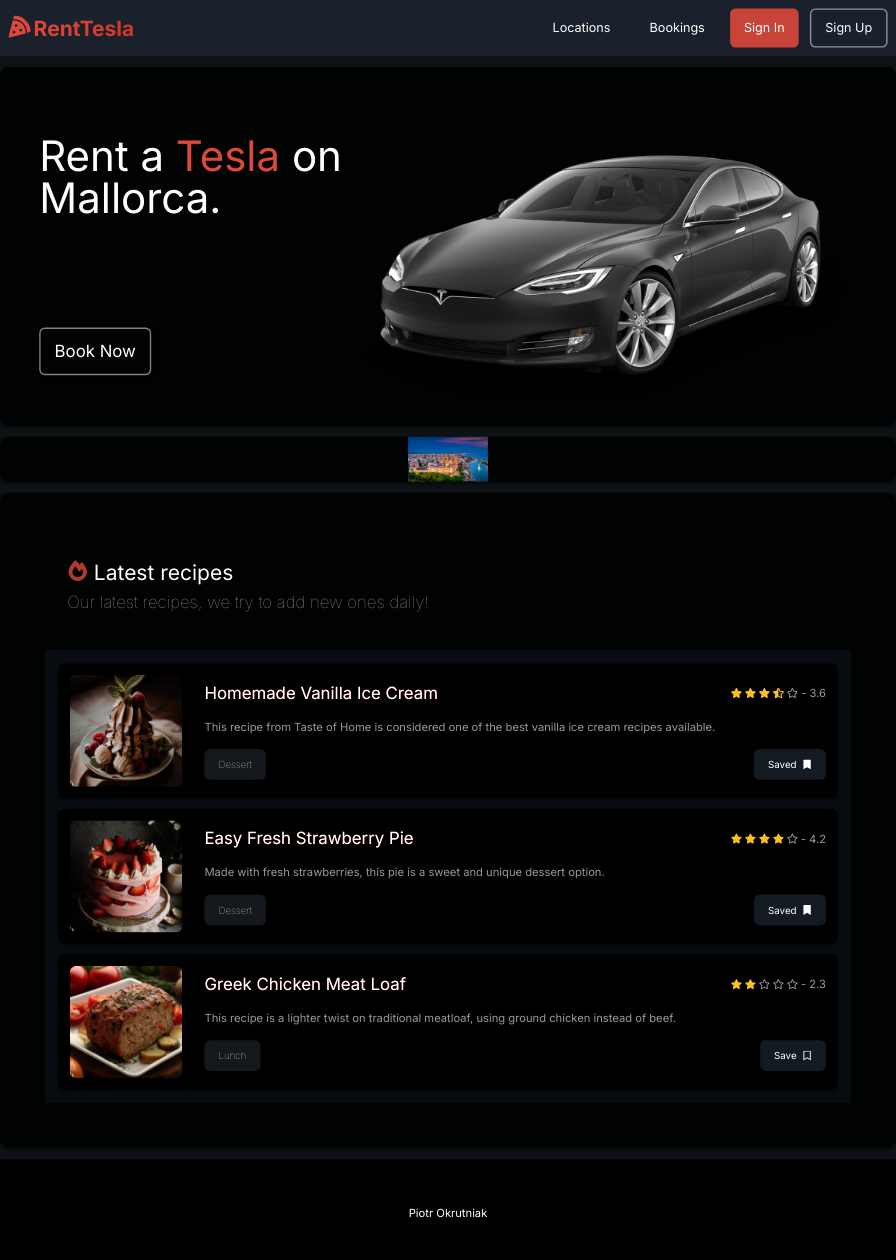
Repository: piotrokrutniak/RentallApp.UI
Page: /
The author's editor kept a copy of each file at every save. The page is drawn from the files as they stood at one save, then again after the next save.
The browser window is 1280 px wide. The pictures show the whole page, at 70% of full size.
The project was rebuilt for these pictures with package versions that can differ from the ones it lists, and the page was loaded fresh each time. The framework's server and built-in components were replaced by stand-ins that run in the browser. Also part of the build but not shown: next.config.js.

Above is the page before, as saved 2023-10-05 21:08:31.

### src/app/layout.tsx
import './globals.css'
import type { Metadata } from 'next'
import { Inter } from 'next/font/google'
import NavBar from './components/navbar/navbar'
import Footbar from './components/footbar/footbar'

const inter = Inter({ subsets: ['latin'] })

export const metadata: Metadata = {
  title: 'Recipefy',
  description: 'Website with the tastiest recipes!',
}

export default function RootLayout({
  children,
}: {
  children: React.ReactNode
}) {
  return (
    <html lang="en">
      <body className={`${inter.className} bg-black`}>
        <div className="bg-slate-600/20 min-h-screen pb-4">
        <NavBar/>
        {children}
        </div>
        <Footbar/>
      </body>
    </html>
  )
}

### src/app/page.tsx
import Image, { StaticImageData } from 'next/image'
import { FaMugHot, FaCookieBite, FaHamburger, FaFireAlt, FaBookmark, FaRegBookmark } from 'react-icons/fa'
import CookingSvg from './components/svgComponents/CookingSvg'
import Rating from './components/generic/rating'
import Button from './components/generic/button'
import tesla from '../../public/media/tesla-mirrored.png'
import lunch from '../../public/media/mallorca-view.jpg'
import dessert from '../../public/media/dessert.jpg'
import strawberryCake from '../../public/media/recipes/strawberryCake.jpg'
import greekMeatLoaf from '../../public/media/recipes/greekMeatLoaf.jpg'
import vanillaIceCream from '../../public/media/recipes/vanillaIceCream.jpg'
import { useState } from 'react'
import { RecipeListing } from './components/generic/recipeListing'
import { Input } from 'postcss'
import SearchBar from './components/generic/searchBar'

export default function Home() {
  return (
    <main className="flex flex-col m-auto gap-4">
      <section id="header-section" className='max-w-7xl bg-black/90 m-auto w-full px-14 py-8 rounded-xl mt-4 shadow-md shadow-black/40'>
        <div className="sm:p-8 pb-14 flex justify-between">

        </div>
        <div className='w-full flex justify-between'>
          <div className="flex flex-col gap-10 justify-between pb-10 text-white">
          <h1 className="text-5xl md:text-6xl"> Rent a <span className="text-vermilion-400">Tesla</span> on Mallorca. </h1>
          <Button className="w-fit py-4 rounded-lg shadow-md shadow-black hover:bg-vermilion-500 bg-transparent capitalize border-white/50 hover:border-vermilion-500 border-2 text-2xl">
            Book Now
          </Button>
          </div>
          <div className="relative w-full h-96 left-0 flex gap-10 pt-3 overflow-x-auto m-auto justify-around select-none pb-10">
              <Image src={tesla} layout="fill" objectFit="contain" alt="Breakfast Photo" className="h-96 group-hover:opacity-50"/>
          </div>
        </div>
      </section>

      <section id="searchbar-section" className='max-w-7xl relative bg-black/90 px-7 m-auto w-full p-8 sm:px-16 rounded-xl shadow-md shadow-black/40 flex-col'>
        <Image src={lunch} layout="fill" objectFit="contain" alt="Breakfast Photo" className="w-full group-hover:opacity-50"/>
      </section>

      <section id="top-picks-section" className='max-w-7xl bg-black/90 m-auto w-full sm:p-8 rounded-xl shadow-md shadow-black/40 flex-col'>
        <div className="lg:p-8 pb-14 flex flex-col gap-5">
          <div className="p-8">
            <h1 className="text-3xl text-white flex gap-2 pb-2" > <FaFireAlt className="opacity-80 fill-vermilion-400"/> Latest recipes</h1>
            <p className="text-2xl font-thin text-white/60 flex gap-2" > Our latest recipes, we try to add new ones daily!</p>
          </div>
          <div className="w-full h-fit p-5 bg-slate-800/25 flex flex-col gap-4">
            <RecipeListing title="Homemade Vanilla Ice Cream"
              desc="This recipe from Taste of Home is considered one of the best vanilla ice cream recipes available."
              image={vanillaIceCream}
              rating={3.6}
              saved={true}
              tags={["Dessert"]}/>
            <RecipeListing title="Easy Fresh Strawberry Pie"
              desc="Made with fresh strawberries, this pie is a sweet and unique dessert option."
              image={strawberryCake}
              rating={4.2}
              saved={true}
              tags={["Dessert"]}/>
            <RecipeListing title="Greek Chicken Meat Loaf"
              desc="This recipe is a lighter twist on traditional meatloaf, using ground chicken instead of beef."
              image={greekMeatLoaf}
              rating={2.3}
              saved={false}
              tags={["Lunch"]}/>
          </div>
        </div>
      </section>
    </main>
  )
}

### src/app/globals.css
@tailwind base;
@tailwind components;
@tailwind utilities;

:root {}

@media (prefers-color-scheme: dark) {
  :root {}
}

body {}

### src/app/components/navbar/navbar.tsx
"use client"

import { FaPizzaSlice, FaBars } from "react-icons/fa"
import { BsX } from "react-icons/bs"
import Button from "../generic/button"
import { useState } from "react"
import Link from "next/link"


export default function NavBar(){
    const [showMobile, setShowMobile] = useState(false)

    return(
        <div className="bg-black/80 sticky top-0 z-20 backdrop-blur-xl">
            <div className="w-full flex bg-slate-700/50 ">
                <div className="p-3 m-auto w-full flex max-w-7xl justify-between items-center">
                    <Link href="/">
                    <div className="flex gap-1 h-fit select-none cursor-pointer active:opacity-80 hover:border-b-2 hover:pb-1 active:pb-0
                            border-opacity-0 border-vermilion-400 hover:border-opacity-100 border-b-0 transition-all">
                        <FaPizzaSlice className="h-full w-8 fill-vermilion-400"/>
                        <h1 className="text-3xl font-bold text-transparent bg-clip-text bg-gradient-to-r from-vermilion-400 to-vermilion-500">RentTesla</h1>
                    </div>
                    </Link>
                    <div className="hidden text-lg gap-4 md:flex">
                        <Button className="text-white bg-transparent active:bg-slate-100/5 hover:bg-slate-100/5 shadow-black/40 hover:shadow-md"
                            onClick={undefined}>
                            Locations
                        </Button>
                        <Button className="text-white bg-transparent active:bg-slate-100/5 hover:bg-slate-100/5 shadow-black/40 hover:shadow-md"
                            onClick={undefined}>
                            Bookings
                        </Button>
                        <Button className="text-white bg-vermilion-400 shadow-black/40 hover:shadow-md"
                            onClick={undefined}>
                            Sign In
                        </Button>
                        <Button className="text-white bg-transparent capitalize border-2 border-white/50 hover:border-vermilion-400 hover:text-vermilion-400
                            active:opacity-80 shadow-black/40 hover:shadow-md"
                            onClick={undefined}>
                            Sign Up
                        </Button>
                    </div>
                    <div className="md:hidden">
                        <FaBars className="h-10 w-10 fill-white cursor-pointer hover:fill-vermilion-400 active:opacity-80" onClick={() => setShowMobile(true)}/>
                    </div>
                    <div className={`${showMobile ? "" : "translate-x-full"} absolute w-screen h-screen bg-black left-0 top-0 md:hidden transition-all z-50 ease-in-out`}>
                    <div id="mobile-header" className="flex flex-row-reverse w-full">
                        <BsX className="fill-white w-16 h-16 cursor-pointer hover:fill-vermilion-400" onClick={() => setShowMobile(false)}/>
                    </div>
                    <div id="mobile-body">XDDDDDDDDDDDDDDDDD</div>
                    </div>
                </div>
            </div>
        </div>
    )
}

### src/app/components/footbar/footbar.tsx
export default function Footbar(){
    return(
        <div className="w-full h-20 bg-black mt-16 text-center text-white">
            Piotr Okrutniak
        </div>
    )
}

### src/app/components/generic/button.tsx
import { MouseEventHandler } from "react";

export default function Button({ children, className, onClick, disabled } : { children: React.ReactNode, className: string, onClick: undefined | MouseEventHandler<HTMLButtonElement>, disabled?: boolean }){
    return(
        <button className={`${className} px-5 py-3 rounded-lg bg-blue-500 bg-opacity-90 active:bg-opacity-80 hover:bg-opacity-100 cursor-pointer transition-all flex items-center gap-2 place-items-center`}
            onClick={onClick}
            disabled={disabled}>
            {children}
        </button>
    )
}

### src/app/components/generic/recipeListing.tsx
"use client";
import Image, { StaticImageData } from "next/image"
import Rating from "./rating"
import Button from "./button"
import { FaMugHot, FaCookieBite, FaHamburger, FaFireAlt, FaBookmark, FaRegBookmark } from 'react-icons/fa'
import { useState } from "react"

export function RecipeListing({rating = 0, title, desc, tags, image, saved,}:
    {rating: number | undefined, title: string | undefined, desc: string | undefined, tags: string[], image: StaticImageData | string, saved: boolean }){
      const [isSaved, setSaved] = useState(saved)

      return(
        <div className="w-full p-4 md:h-48 bg-black hover:bg-slate-500/20 rounded-lg shadow-md shadow-black/40 flex flex-col md:flex-row md:justify-between gap-8 items-center text-white group">
          <div className='h-64 w-full md:w-40 md:h-40 shrink-0 rounded-lg overflow-hidden relative cursor-pointer'>
            <Image src={image} layout="fill" objectFit="cover" alt="Breakfast Photo"/>
          </div>
          <div className="h-fit w-full items-center">
            <div className="flex justify-between items-center">
              <h1 className="text-2xl cursor-pointer bg-clip-text hover:text-transparent bg-gradient-to-r from-vermilion-500 to-vermilion-400">{title ?? "Recipe Name"}</h1>
              <Rating rating={rating}/>
            </div>
            <div className="flex justify-between items-center pt-5">
              <p className="text-white/60">{desc ?? "Description"}</p>
            </div>
            <div className="flex justify-between items-center pt-5">
              {tags.map(x => <Button className="bg-slate-500/20 hover:bg-slate-500/40 text-sm font-thin py-1" onClick={undefined}>{x}</Button>)}
              <Button className="bg-slate-700/40 hover:bg-vermilion-500/90 active:opacity-80 text-sm font-normal py-1 transition-all flex items-center gap-2"
                onClick={() => setSaved(x => !x)}>
                {isSaved ? <>Saved <FaBookmark/></> : <>Save <FaRegBookmark/></>}
                </Button>
            </div>
          </div>
        </div>
      )
  }

### src/app/components/generic/rating.tsx
import { FaStar, FaStarHalf, FaStarHalfAlt, FaRegStar} from 'react-icons/fa'
import { IconType } from 'react-icons'

export default function Rating({rating = 0,}: {rating: number | undefined | void}){
    const defaultRating: boolean[] = [false, false, false, false, false]

    const initRating: number = rating

    const ratings: React.JSX.Element[] = []

    for(let i: number = 0; i < 5; i++){
        rating >= 1 ?  ratings.push(<Star filled={true}/>) : ratings.push(rating >= 0.5 ? <HalfStar/> : <Star filled={false}/>)
        rating -= 1;
    }



    return(
        <div className="flex gap-1 items-center shrink-0 text-white/60">
            {ratings} - {initRating}
        </div>
    )
}

function Star({filled = false,}: {filled: boolean}){
    return filled ? <FaStar className="fill-amber-400"/> : <FaRegStar/>
}

function HalfStar(){
    return <FaStarHalfAlt className="fill-amber-400"/>
}

### tailwind.config.js
/** @type {import('tailwindcss').Config} */
module.exports = {
  content: [
    './src/pages/**/*.{js,ts,jsx,tsx,mdx}',
    './src/components/**/*.{js,ts,jsx,tsx,mdx}',
    './src/app/**/*.{js,ts,jsx,tsx,mdx}',
  ],
  theme: {
    extend: {
      backgroundImage: {
        'gradient-radial': 'radial-gradient(var(--tw-gradient-stops))',
        'gradient-conic':
          'conic-gradient(from 180deg at 50% 50%, var(--tw-gradient-stops))',
      },
      height:{
        '112': '28rem',
        '128': '32rem',
      },
      width:{
        '112': '28rem',
        '128': '32rem',
      },
      colors:{
        "emerald":{
          "50": "#b0fde8",
          "100": "#60FBD2",
          "200": "#24F9C1",
          "400": "#06EFB1",
          "500": "#06d6a0",
        },
        "paygray":{
          "50": "#CED9DE",
          "100": "#aabcc5",
          "200": "#7996A4",
          "400": "#638292",
          "500": "#5A7684",
        },
        "vermilion":{
          "50": "#f0afa8",
          "100": "#ea8f85",
          "200": "#E06052",
          "400": "#dc493a",
          "500": "#d03625",
        },

      },
      minWidth:{
        'mobile': '360px',
        '54': '258px',
      },
      screens:{
        'xs': '580px',
        '850': '850px',
      },
    },
  },
  plugins: [],
}

After the next save:
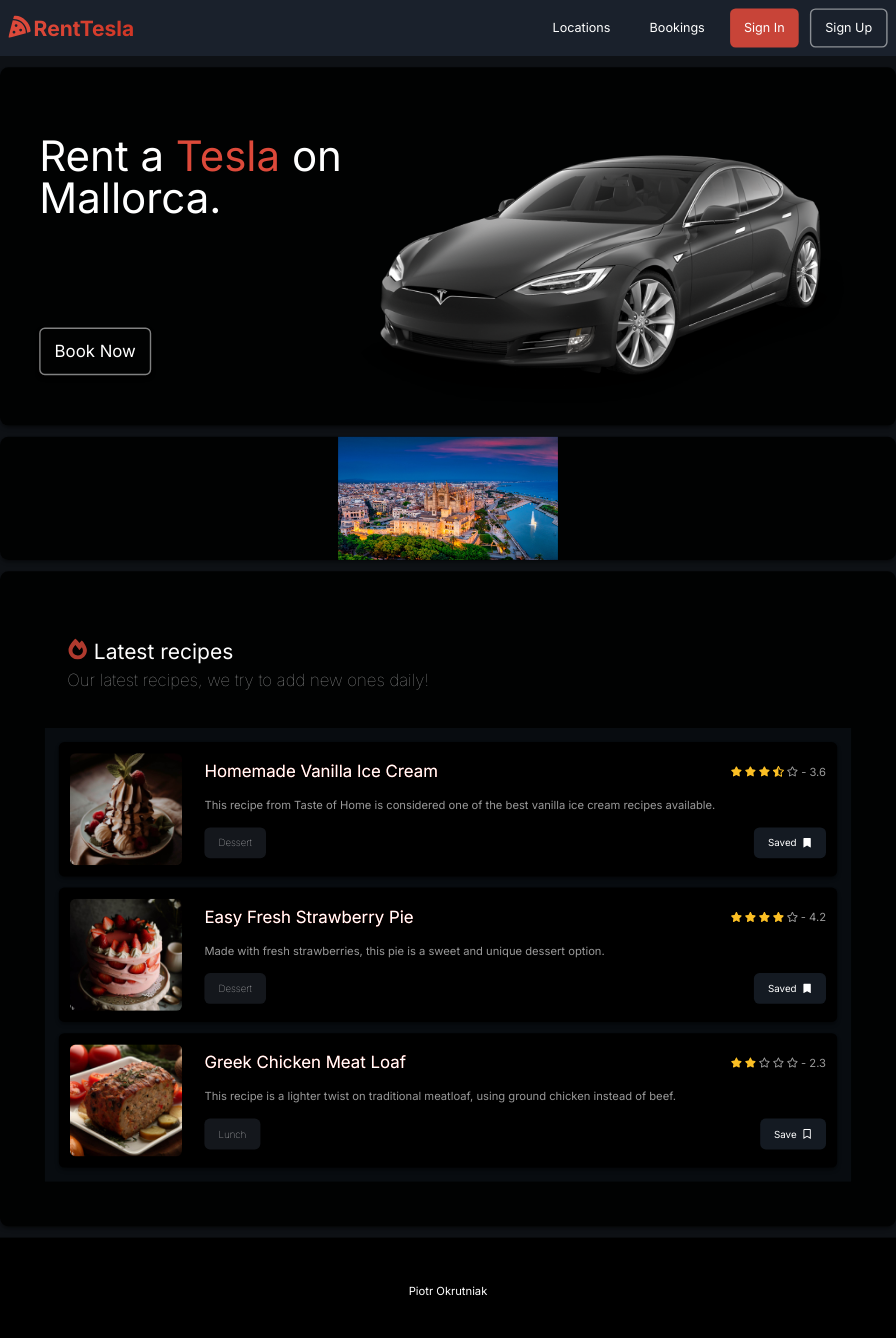
Saved 31 s later.
--- a/src/app/page.tsx
+++ b/src/app/page.tsx
@@ -34,7 +34,7 @@
         </div>
       </section>
 
-      <section id="searchbar-section" className='max-w-7xl relative bg-black/90 px-7 m-auto w-full p-8 sm:px-16 rounded-xl shadow-md shadow-black/40 flex-col'>
+      <section id="searchbar-section" className='max-w-7xl relative bg-black/90 px-7 h-44 m-auto w-full  p-8 sm:px-16 rounded-xl shadow-md shadow-black/40 flex-col'>
         <Image src={lunch} layout="fill" objectFit="contain" alt="Breakfast Photo" className="w-full group-hover:opacity-50"/>
       </section>
 
